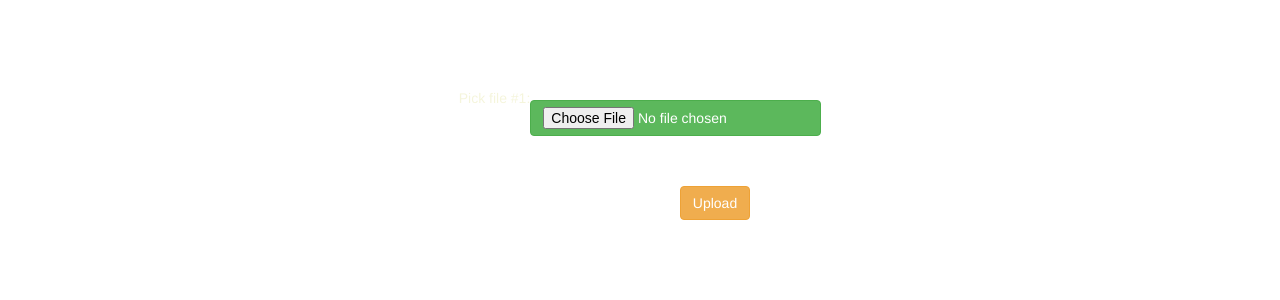
Repository: 123poornima/UpdatedSecondProject
Page: frontendPro/WebContent/_user/uploadPicture.html
These files come from the project's save history. The page is drawn as it stood at one moment and after the next save; the edit follows.
The browser window is 1280 px wide. The pictures show the whole page.

Above is the page before, as saved 2017-01-17 05:01:13.

After the next save:
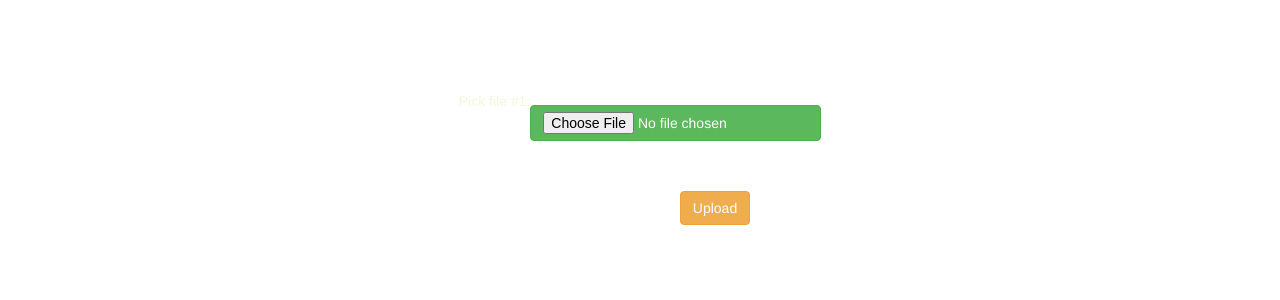
Saved 15 s later.
--- a/frontendPro/WebContent/_user/uploadPicture.html
+++ b/frontendPro/WebContent/_user/uploadPicture.html
@@ -16,8 +16,8 @@
         <form method="post" action="http://localhost:8085/backendPro/doUpload" enctype="multipart/form-data">
             <table border="0">
                 <tr style="color:#F5F5DC">
-                    <td style="color:#F5F5DC";margin-top:40px>Pick file #1:</td>
-                    <td><input style="margin-top:40px" class="btn btn-success" type="file" name="fileUpload" /></td>
+                    <td style="color:#F5F5DC";margin-top:50px>Pick file #1:</td>
+                    <td><input style="margin-top:45px" class="btn btn-success" type="file" name="fileUpload" /></td>
                     <br>
                 </tr>
              <br>
